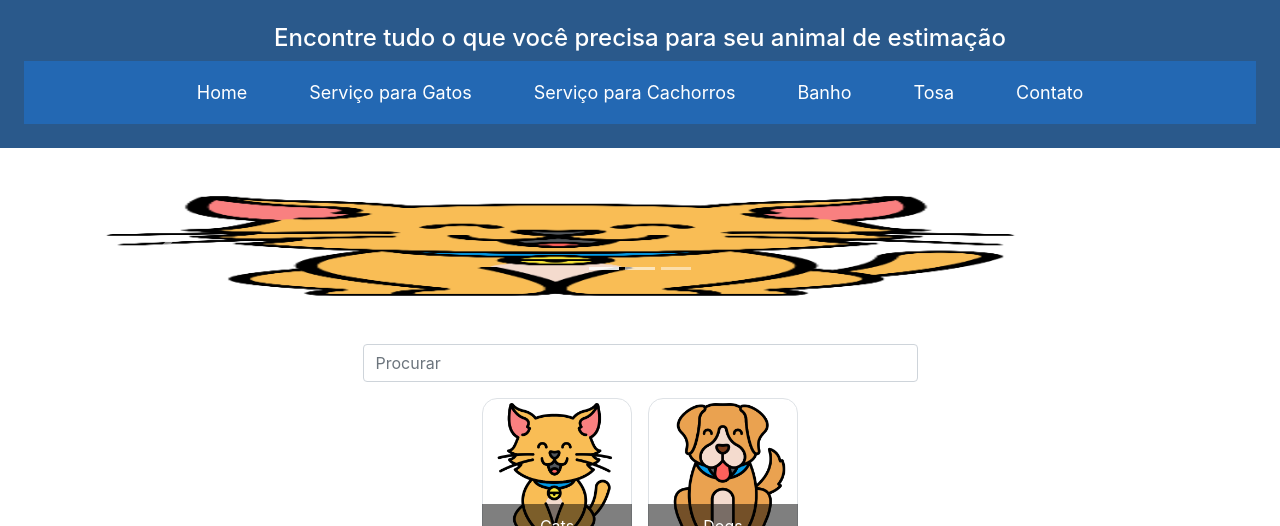
Repository: graeff01/petshop-project
Page: index.html
An editor plug-in stored every save of this project. The page is shown before and after the next save, followed by the edit.
The browser window is 1280 px wide. The pictures show the part of the page from y = 0 to 526 px (the page is 1756 px tall before and 1706 px after).
A picture or video elsewhere on the page could not be fetched, so the positions and the page height are approximate.

Above is the page before, as saved 2024-09-18 11:09:01.

### index.html
<!DOCTYPE html>
<html lang="pt-br">
<head>
    <meta charset="UTF-8">
    <meta name="viewport" content="width=device-width, initial-scale=1.0">
    <title>PetShop - Home</title>
    <link rel="stylesheet" href="css/style.css">
    <link href="https://maxcdn.bootstrapcdn.com/bootstrap/4.5.2/css/bootstrap.min.css" rel="stylesheet">
</head>
<body>
    <!-- Cabeçalho com menu de navegação -->
    <header class="blue-background text-center p-4">
        <h1>Encontre tudo o que você precisa para seu animal de estimação</h1>
        <nav>
            <ul class="nav justify-content-center">
                <li class="nav-item">
                    <a class="nav-link active" href="index.html">Home</a>
                </li>
                <li class="nav-item">
                    <a class="nav-link" href="gato.html">Serviço para Gatos</a>
                </li>
                <li class="nav-item">
                    <a class="nav-link" href="dog.html">Serviço para Cachorros</a>
                </li>
                <li class="nav-item">
                    <a class="nav-link" href="banho.html">Banho</a>
                </li>
                <li class="nav-item">
                    <a class="nav-link" href="tosa.html">Tosa</a>
                </li>
                <li class="nav-item">
                    <a class="nav-link" href="contato.html">Contato</a>
                </li>
            </ul>
        </nav>
    </header>

    <!-- Carrossel de Imagens -->
    <section class="carousel-section container mt-5">
        <div id="carouselExampleIndicators" class="carousel slide" data-ride="carousel">
            <ol class="carousel-indicators">
                <li data-target="#carouselExampleIndicators" data-slide-to="0" class="active"></li>
                <li data-target="#carouselExampleIndicators" data-slide-to="1"></li>
                <li data-target="#carouselExampleIndicators" data-slide-to="2"></li>
            </ol>
            <div class="carousel-inner">
                <div class="carousel-item active">
                    <img class="d-block w-100" src="img/cat.png" alt="Primeira imagem">
                </div>
                <div class="carousel-item">
                    <img class="d-block w-100" src="img/dog.png" alt="Segunda imagem">
                </div>
                <div class="carousel-item">
                    <img class="d-block w-100" src="img/dog.png" alt="Terceira imagem">
                </div>
            </div>
            <a class="carousel-control-prev" href="#carouselExampleIndicators" role="button" data-slide="prev">
                <span class="carousel-control-prev-icon" aria-hidden="true"></span>
                <span class="sr-only">Previous</span>
            </a>
            <a class="carousel-control-next" href="#carouselExampleIndicators" role="button" data-slide="next">
                <span class="carousel-control-next-icon" aria-hidden="true"></span>
                <span class="sr-only">Next</span>
            </a>
        </div>
    </section>

    <!-- Seção principal -->
    <main class="container mt-5">
        <input type="text" placeholder="Procurar" class="form-control w-50 mx-auto my-3 search-bar">
        <div class="d-flex justify-content-center mb-4">
            <div class="animal-category mx-2">
                <a href="gato.html">
                    <div class="image-container">
                        <img src="img/cat.png" alt="Cats" class="img-thumbnail">
                        <div class="overlay">Cats</div>
                    </div>
                </a>
            </div>
            <div class="animal-category mx-2">
                <a href="dog.html">
                    <div class="image-container">
                        <img src="img/dog.png" alt="Dogs" class="img-thumbnail">
                        <div class="overlay">Dogs</div>
                    </div>
                </a>
            </div>
        </div>
    </main>

    <!-- Seção de Fidelidade -->
    <section class="membership text-center p-4">
        <div class="membership-content d-flex align-items-center justify-content-center">
            <div class="membership-text text-center">
                <h3>Torne-se um membro<br>E obtenha desconto</h3>
                <a href="cliente.html" class="btn btn-dark">Virar Membro</a>
            </div>
            <div class="membership-image">
                <img src="img/fidelidade.jpg" alt="Gift" class="img-fluid">
            </div>
        </div>
    </section>

    <!-- Conselhos -->
    <main class="container mt-5">
        <div class="advice-section d-flex justify-content-center align-items-center">
            <div class="advice-text text-center">
                <h2>Alguns bons conselhos para cuidar de seu animal de estimação</h2><br><br>
                <p><strong>Paciência e compreensão:</strong> entenda que os animais de estimação têm suas personalidades. Seja paciente, especialmente durante o treinamento.</p> <br>
                <p><strong>Eduque-se:</strong> Aprenda sobre a raça, os comportamentos e os requisitos de saúde específicos de seu animal de estimação.</p><br>
                <p><strong>Preparação para emergências:</strong> Familiarize-se com a localização da clínica veterinária de emergência mais próxima.</p><br>
                <p><strong>Reforço positivo:</strong> Aprenda técnicas de reforço positivo.</p>
            </div>
            <div class="advice-image text-center">
                <img src="img/dogg.png" alt="Dog Advice" class="img-fluid">
            </div>
        </div>
    </main>

    <!-- Rodapé com informações de contato -->
    <footer class="footer mt-5 p-4 bg-light text-center">
        <div class="footer-container">
            <div class="footer-left">
                <img src="img/logo.png" alt="PetShop Logo" class="footer-logo">
            </div>
            <div class="footer-center">
                <ul class="footer-links">
                    <li><a href="index.html">Home</a></li>
                    <li><a href="gato.html">Gato</a></li>
                    <li><a href="dog.html">Cachorro</a></li>
                    <li><a href="banho.html">Banho</a></li>
                    <li><a href="tosa.html">Tosa</a></li>
                    <li><a href="contato.html">Contato</a></li>
                </ul>
            </div>
            <div class="footer-right">
                <p>Contato: (11) 1234-5678 | contato@petshop.com</p>
                <p>Autor: Douglas - Projeto Web</p>
                <div class="social-icons">
                    <a href="#"><img src="img/face.png" alt="Facebook"></a>
                    <a href="#"><img src="img/insta.png" alt="Instagram"></a>
                    <a href="#"><img src="img/x.png" alt="Twitter"></a>
                </div>
            </div>
        </div>
    </footer>

    <script src="https://code.jquery.com/jquery-3.5.1.slim.min.js"></script>
    <script src="https://cdn.jsdelivr.net/npm/@popperjs/core@2.9.2/dist/umd/popper.min.js"></script>
    <script src="https://maxcdn.bootstrapcdn.com/bootstrap/4.5.2/js/bootstrap.min.js"></script>
</body>
</html>

### css/style.css
/* Estilos globais */
body {
    font-family: Arial, sans-serif;
    margin: 0;
    padding: 0;
}

/* Cabeçalho */
header.blue-background {
    background-color: #2a598b;
    color: white;
    padding: 20px 0;
    text-align: center;
    width: 100%;
    box-sizing: border-box;
}

header.blue-background h1 {
    font-size: 24px;
}

nav ul {
    padding: 0;
    margin: 0;
    list-style-type: none;
    display: flex;
    justify-content: center;
    background-color: #2368b3;
    padding: 10px 0;
}

nav ul li {
    margin: 0 15px;
}

nav ul li a {
    color: white;
    text-decoration: none;
    font-size: 18px;
    transition: color 0.3s ease;
}

nav ul li a:hover {
    color: #ffd700;
}

/* Barra de busca */
.search-bar {
    padding: 10px;
    font-size: 16px;
    width: 50%;
    margin: 20px auto;
    border-radius: 20px;
    border: 2px solid #fff;
    transition: all 0.3s ease;
}

.search-bar:focus {
    border-color: #000;
    outline: none;
}

/* Carrossel */
.carousel-item img {
    max-height: 100px;
    min-width: 50px;
}

/* Categorias de animais */
.animal-category .image-container {
    position: relative;
    width: 150px;
    height: 150px;
}

.animal-category .image-container img {
    width: 100%;
    height: 100%;
    border-radius: 10%;
}

.animal-category .image-container .overlay {
    position: absolute;
    bottom: 0;
    background: rgba(0, 0, 0, 0.5);
    color: #fff;
    width: 100%;
    text-align: center;
    padding: 10px 0;
    font-size: 16px;
    border-radius: 0 0 10% 10%;
}

/* Seção de Membros */
section.membership {
    background-color: #2a598b;
    padding: 60px 0;
    text-align: center;
    width: 100%;
    box-sizing: border-box;
}

.membership-content {
    background-color: #fff;
    border: 1px solid #000000ee;
    border-radius: 20px;
    padding: 20px;
    display: flex;
    align-items: center;
    text-align: left;
    max-width: 900px;
    margin: auto;
}

.membership-text {
    margin-right: 20px;
    text-align: center;
}

.membership-text h3 {
    font-size: 35px;
    margin-bottom: 10px;
}

.membership-image {
    flex: 1;
    text-align: center;
}

.membership-image img {
    max-width: 500px;
    height: auto;
    border-radius: 20px;
}

/* Seção de conselhos */
.advice-section {
    display: flex;
    justify-content: space-between;
    align-items: center;
    padding: 20px 0;
}

.advice-text {
    flex: 1;
    margin-left: 80px;
}

.advice-text h2 {
    color: #2a598b;
}

.advice-text p {
    font-size: 15px;
    margin-right: 10px;
    margin-bottom: 10px;
}

.advice-image {
    flex: 1;
    margin-left: 20px;
}

.advice-image img {
    max-width: 100%;
    height: 500px;
    border-radius: 20px;
}

/* Rodapé */
.footer {
    background-color: #d5d7d8;
    padding: 20px 0;
    color: white;
    text-align: center;
    width: 100%;
}

.footer-container {
    display: flex;
    justify-content: space-between;
    align-items: center;
    max-width: 1200px;
    margin: 0 auto;
    padding: 0 20px;
    box-sizing: border-box;
}

.footer-left img {
    width: 100px;
}

.footer-center {
    flex: 1;
}

.footer-links {
    list-style-type: none;
    padding: 0;
    margin: 0;
    display: flex;
    justify-content: center;
}

.footer-links li {
    margin: 0 10px;
}

.footer-links a {
    color: rgb(35, 111, 197);
    text-decoration: none;
    font-size: 16px;
}

.footer-links a:hover {
    text-decoration: underline;
}

.footer-right .social-icons {
    display: flex;
    justify-content: center;
}

.footer-right .social-icons a {
    margin: 0 10px;
}

.footer-right .social-icons img {
    width: 30px;
    height: 30px;
}

After the next save:
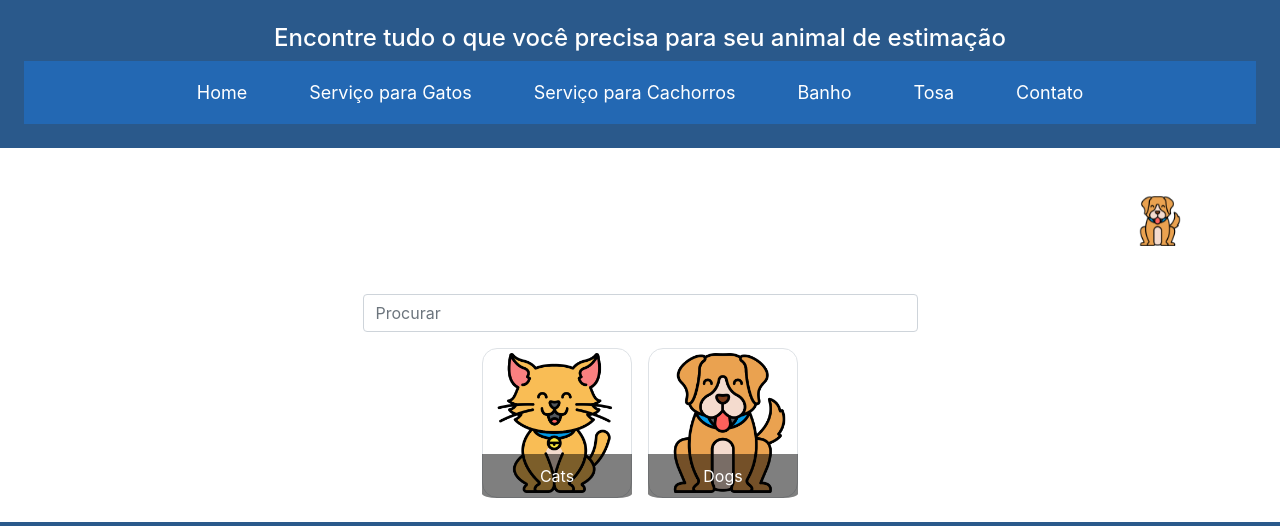
Saved 10 s later.
--- a/css/style.css
+++ b/css/style.css
@@ -63,7 +63,7 @@ nav ul li a:hover {
 /* Carrossel */
 .carousel-item img {
     max-height: 100px;
-    min-width: 50px;
+    max-width: 50px;
 }
 
 /* Categorias de animais */
